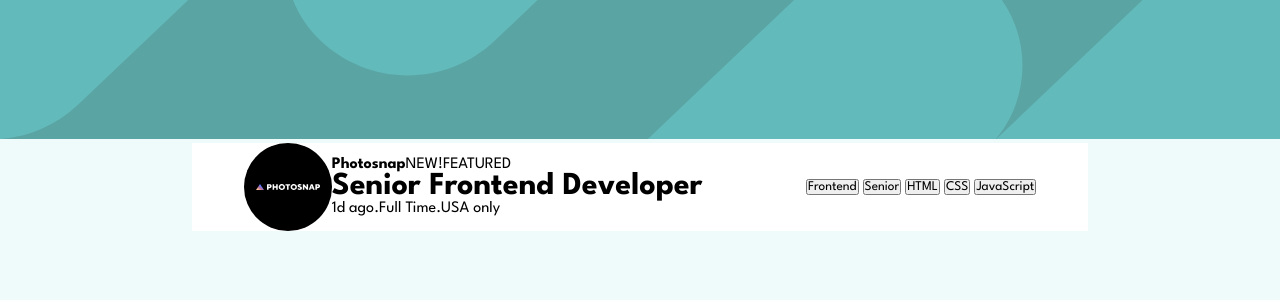
Repository: Eldream12/JobListing
Page: index.html
These files come from the project's save history. The page is drawn as it stood at one moment and after a run of saves; the edit follows.
The browser window is 1280 px wide. The pictures show the whole page.

Above is the page before, as saved 2025-03-31 11:13:27.

### index.html
<!DOCTYPE html>
<html lang="en">
	<head>
		<meta charset="UTF-8" />
		<meta name="viewport" content="width=device-width, initial-scale=1.0" />
		<title>Job Listing</title>
		<link rel="stylesheet" href="style/style.css" />
	</head>

	<body>
		<header>
			<div>
				<img src="Images/bg-header-desktop.svg" alt="NavHeader" />
			</div>
		</header>

		<main>
			<div class="content-carrier">
				<div class="content">
					<div class="ctn">
						<img src="Images/photosnap.svg" alt="photosnap" />
						<div class="content-text">
							<div class="txt-1">
								<h4>Photosnap</h4>
								<p>NEW!</p>
								<p>FEATURED</p>
							</div>
							<div class="txt-2">
								<h1>Senior Frontend Developer</h1>
							</div>
							<div class="txt-3">
								<p>1d ago</p>
								<p>.</p>
								<p>Full Time</p>
								<p>.</p>
								<p>USA only</p>
							</div>
						</div>
					</div>

					<div class="btn">
						<button>Frontend</button>
						<button>Senior</button>
						<button>HTML</button>
						<button>CSS</button>
						<button>JavaScript</button>
					</div>
				</div>
			</div>
		</main>
		<footer></footer>
	</body>
</html>

### style/style.css
@import url("https://fonts.googleapis.com/css2?family=League+Spartan:wght@100..900&display=swap");

* {
	font-family: League Spartan;
	margin: 0;
	padding: 0;
	box-sizing: border-box;
}

html body {
	background-color: hsl(180, 52%, 96%);
}

header img {
	width: 100%;
	background-color: hsl(180, 29%, 50%);
}

.content-carrier .content {
	display: flex;
	background-color: #ffffff;
	align-items: center;
	justify-content: space-around;
	max-width: 70%;
	margin: auto;
}

.content-carrier .content .txt-1 {
	display: flex;
}

.content-carrier .content .txt-3 {
	display: flex;
}

.content-carrier .content .ctn {
	display: flex;
	align-items: center;
}

After the next 9 saves:
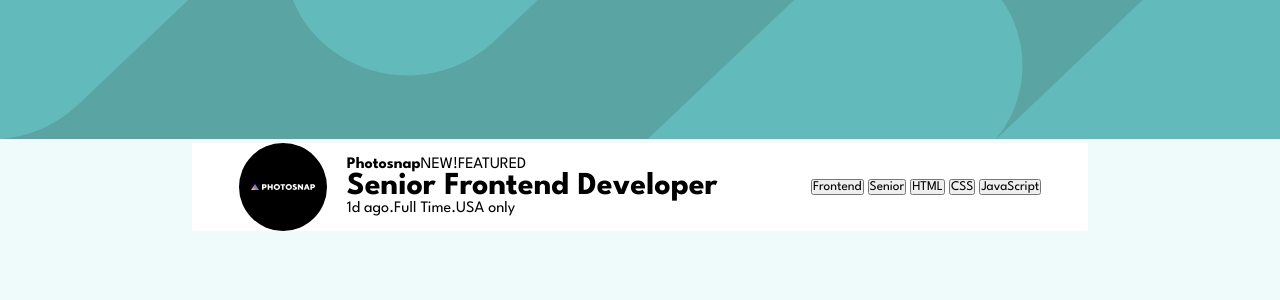
The 9 saves are shown as one change because they came seconds apart.
The last was saved 49 s later.
--- a/style/style.css
+++ b/style/style.css
@@ -37,3 +37,7 @@ header img {
 	display: flex;
 	align-items: center;
 }
+
+.content .ctn img {
+  margin-right: 20px;
+}
